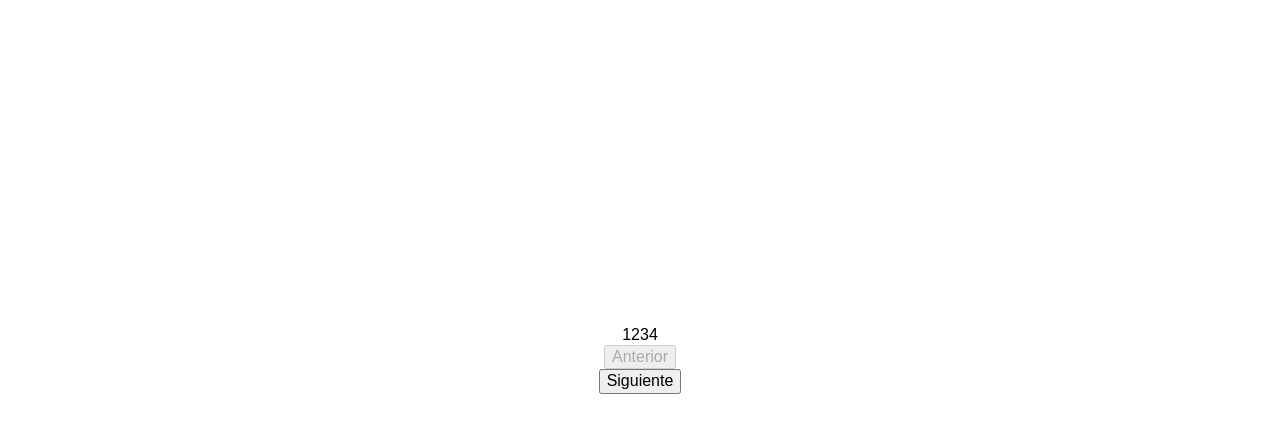
Repository: ElideZavala/Linea-de-tiempo
Page: index.html
The author's editor kept a copy of each file at every save. The page is drawn from the files as they stood at one save, then again after the next save.
The browser window is 1280 px wide. The pictures show the whole page.
Some web fonts or font styles are not loaded; a fallback is used.

Above is the page before, as saved 2021-05-27 14:00:41.

### index.html
<!DOCTYPE html>
<html lang="en">
<head>
	<meta charset="UTF-8">
	<meta http-equiv="X-UA-Compatible" content="IE=edge">
	<meta name="viewport" content="width=device-width, initial-scale=1.0">
	<link rel="stylesheet" href="style.css">
	<link rel="stylesheet" href="normalize.css">
	<title>Pasos de progreso </title>
</head>
<body>
	<div class="container">
		<div class="progress-container">
			<div class="progress" id="progress"></div>
			<div class="circle active">1</div>
			<div class="circle">2</div>
			<div class="circle">3</div>
			<div class="circle">4</div>
		</div>
	</div>

	<button class="btn" id="prev" disabled>Anterior</button>
	<button class="btn" id="next">Siguiente</button>
	<script src="script.js"></script>
</body>
</html>

### style.css
/* @import url('https://fonts.googleapis.com/css2?family=Roboto:wght@400;700&display=swap'); */
@import url('https://fonts.googleapis.com/css?family=Muli&display=swap');


* {
	box-sizing: border-box;
}

body {
	font-family: 'Muli', sans-serif;
	display: flex;
	flex-direction: column;
	align-items: center;
	justify-content: center;
	height: 100vh;
	overflow: hidden;
	margin: 0;
}

.container {
	text-align: center;
}

.progress-container {
	display: flex;
	justify-content: space-between;
	position: relative;
}

Loaded but not shown: normalize.css (library); script.js (no stored copy; drawn as an empty file)

After the next save:
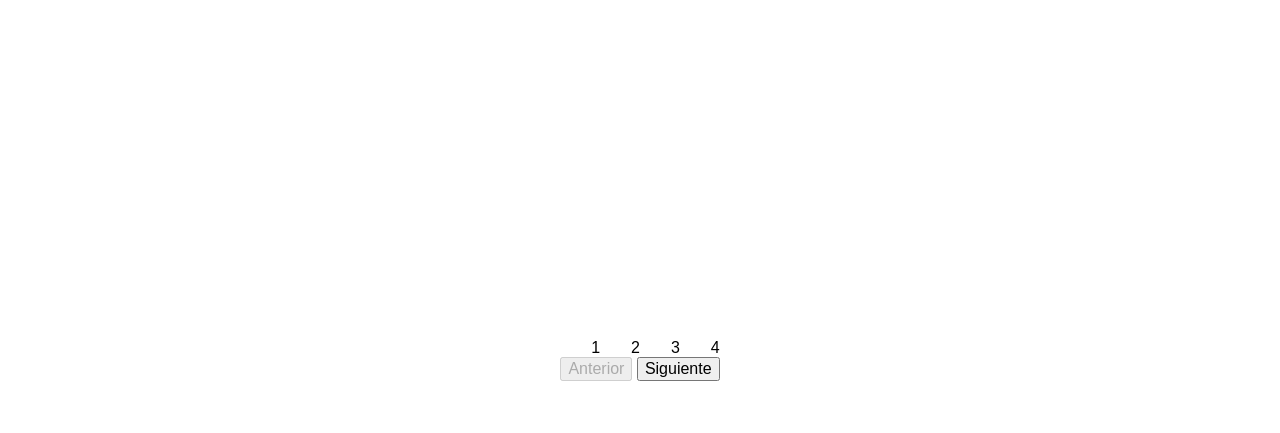
Saved 30 s later.
--- a/index.html
+++ b/index.html
@@ -17,10 +17,10 @@
 			<div class="circle">3</div>
 			<div class="circle">4</div>
 		</div>
+
+		<button class="btn" id="prev" disabled>Anterior</button>
+		<button class="btn" id="next">Siguiente</button>
+		<script src="script.js"></script>
 	</div>
-
-	<button class="btn" id="prev" disabled>Anterior</button>
-	<button class="btn" id="next">Siguiente</button>
-	<script src="script.js"></script>
 </body>
 </html>
